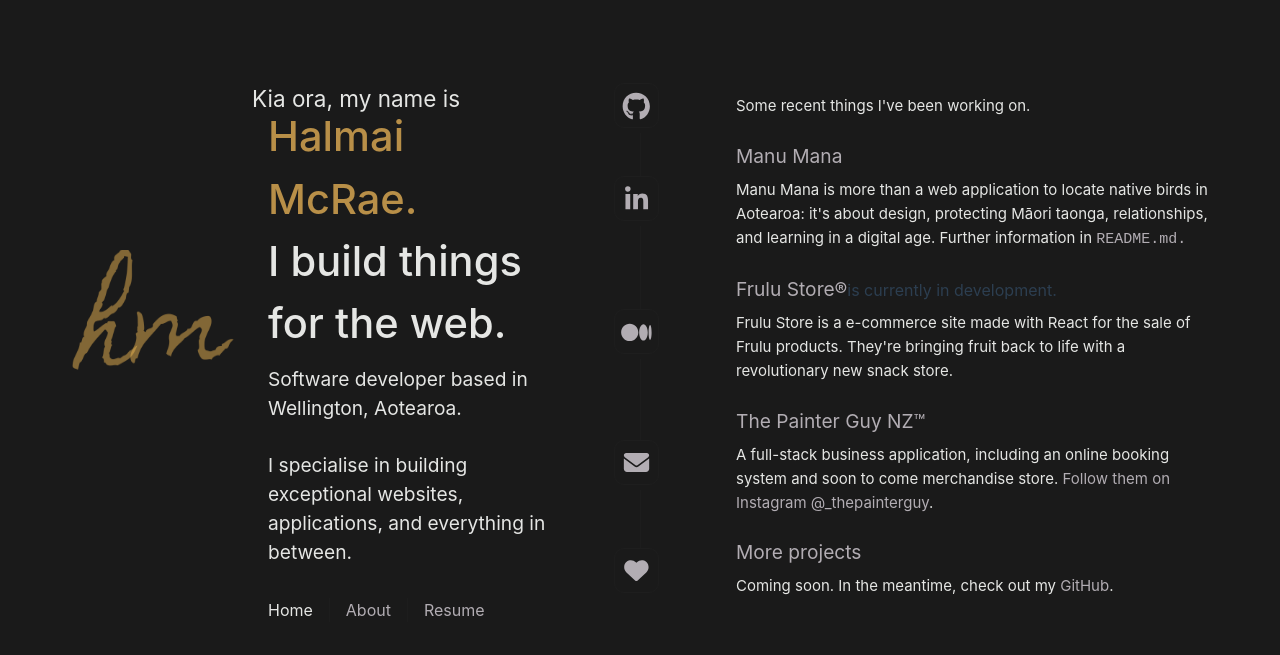
Repository: halmai-mcrae/halmai-vue-portfolio
Page: /
An editor plug-in stored every save of this project. The page is shown before and after the next save, followed by the edit.
The browser window is 1280 px wide. The pictures show the whole page.
The project was rebuilt for these pictures with package versions that can differ from the ones it lists, and the page was loaded fresh each time. Also part of the build but not shown: vite.config.ts.

Above is the page before, as saved 2022-11-27 18:25:14.

After the next save:
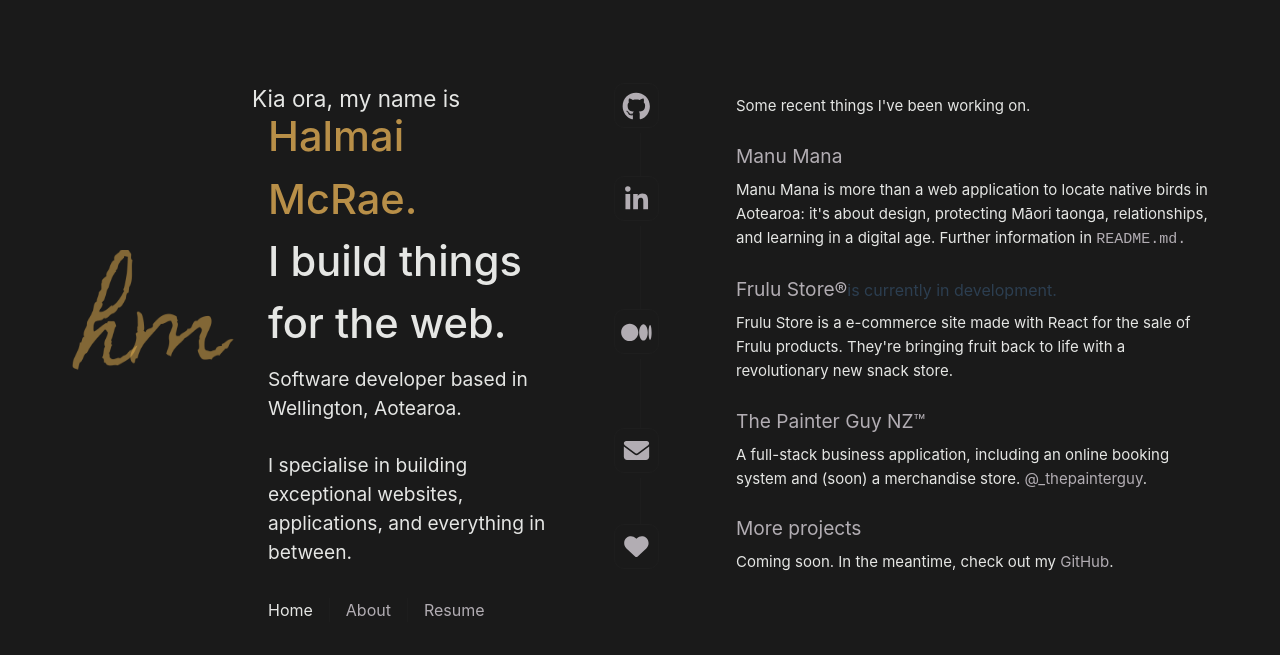
Saved 30 s later.
--- a/src/components/TheWelcome.vue
+++ b/src/components/TheWelcome.vue
@@ -76,11 +76,11 @@
       <small></small>
     </template>
     A full-stack business application, including
-    an online booking system and soon to come merchandise
+    an online booking system and (soon) a merchandise
     store.
     <a
       href="https://www.instagram.com/_thepainterguy/"
-      >Follow them on Instagram @_thepainterguy</a
+      >@_thepainterguy</a
     >.
   </WelcomeItem>
 
